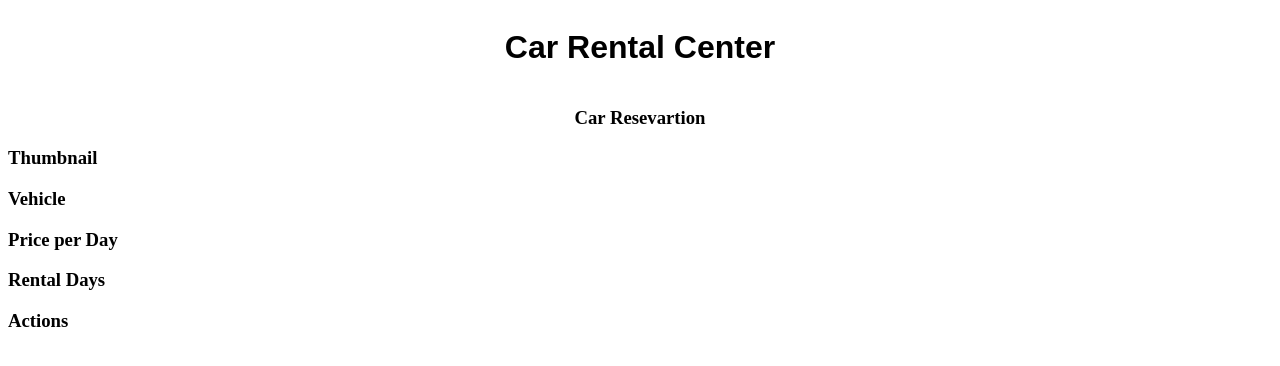
Repository: michtnt/POI-Hertz
Page: cart.html
The author's editor kept a record of every edit. The page is drawn from the files as they stood at one moment, then again after the next edit.
The browser window is 1280 px wide. The pictures show the whole page.

Above is the page before.
Console error: TypeError: Cannot read properties of null (reading 'length')

After the next edit:
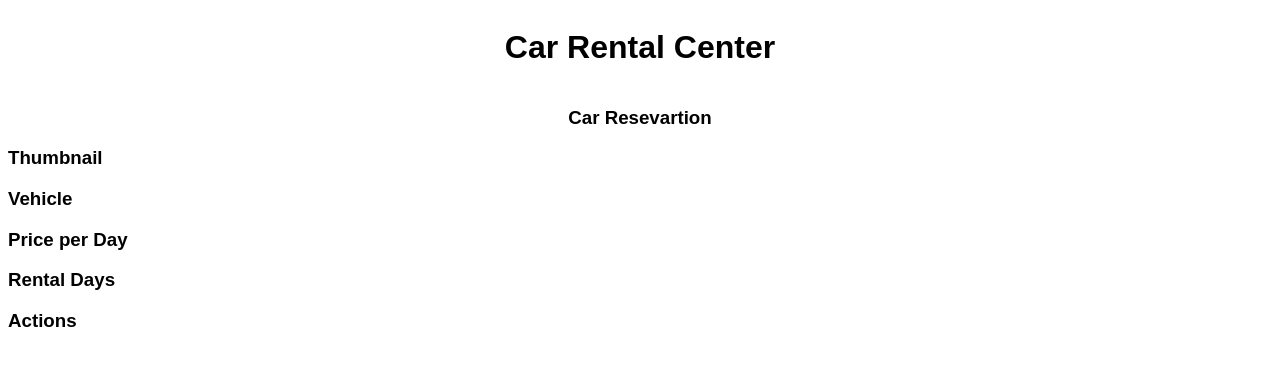
The edit:
--- a/index.css
+++ b/index.css
@@ -1,5 +1,5 @@
 /*global*/
-p, h1 {
+p, h1, h3 {
     font-family: "arial"
 }
 
